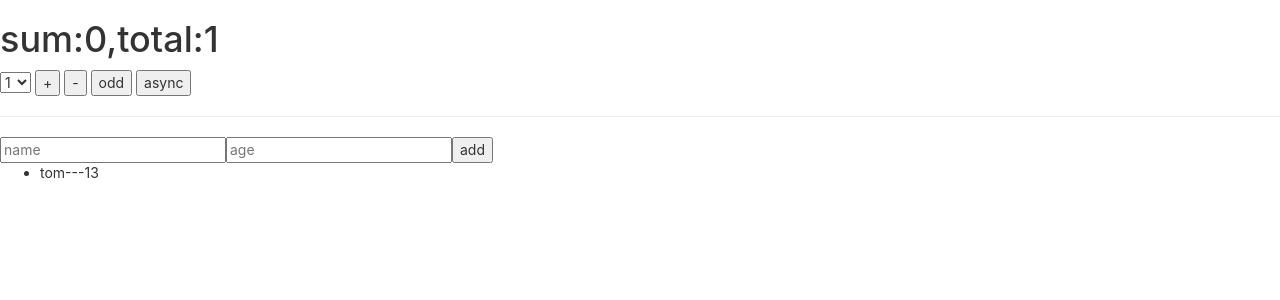
Repository: Shanshan67/React_a
Page: /
An editor plug-in stored every save of this project. The page is shown before and after the next save, followed by the edit.
The browser window is 1280 px wide. The pictures show the whole page.
The project was rebuilt for these pictures with package versions that can differ from the ones it lists, and the page was loaded fresh each time.

Above is the page before, as saved 2022-12-09 00:15:45.

After the next save:
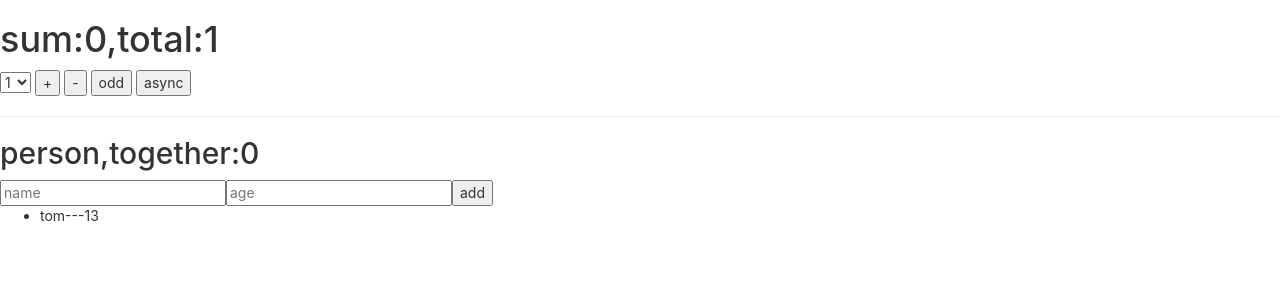
Saved 58 s later.
--- a/src/containers/Person/index.jsx
+++ b/src/containers/Person/index.jsx
@@ -16,6 +16,7 @@ class Person extends Component {
     render() {
     return (
         <div>
+            <h2>person,together:{this.props.he} </h2>
             <input ref={c=>this.nameNode=c} type='text' placeholder='name'/>
             <input ref={c=>this.ageNode=c} type='text' placeholder='age'/>
             <button onClick={this.addPerson}>add</button>
